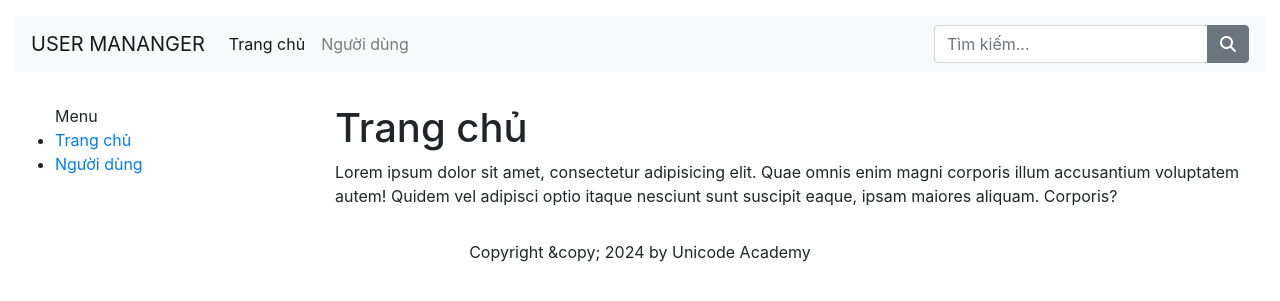
Repository: tam1512/USER_MANAGERMENT_MVC
Page: http://localhost/nguoi-dung
These files come from the project's save history. The page is drawn as it stood at one moment and after the next save; the edit follows.
The browser window is 1280 px wide. The pictures show the whole page.
The page is run by PHP 8.4 with error messages shown; the project is at /var/www/html/.

Above is the page before, as saved 2024-04-04 10:41:32.

After the next save:
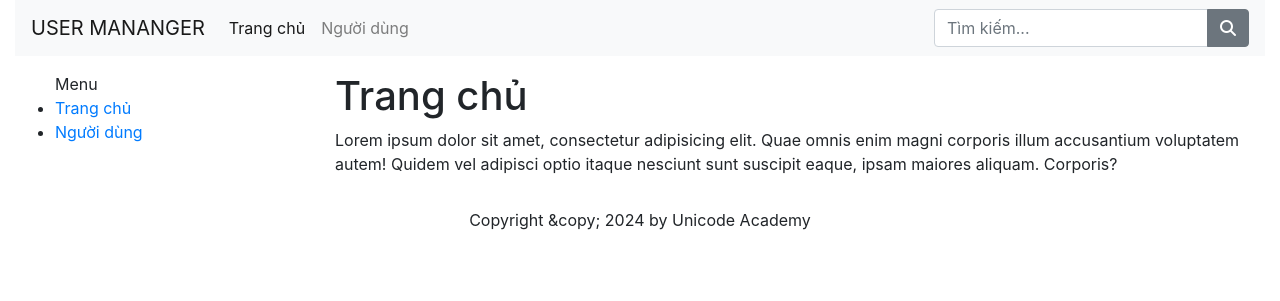
Saved 34 s later.
--- a/app/views/blocks/clients/header.php
+++ b/app/views/blocks/clients/header.php
@@ -10,7 +10,7 @@
 </head>
 <body>
    <div class="container-fluid">
-      <header class="py-3">
+      <header>
          <nav class="navbar navbar-expand-lg navbar-light bg-light">
             <a href="{{_WEB_HOST_ROOT}}" class="navbar-brand">USER MANANGER</a>
             <button class="navbar-toggler" type="button" data-toggle="collapse" data-target="#navbar">
